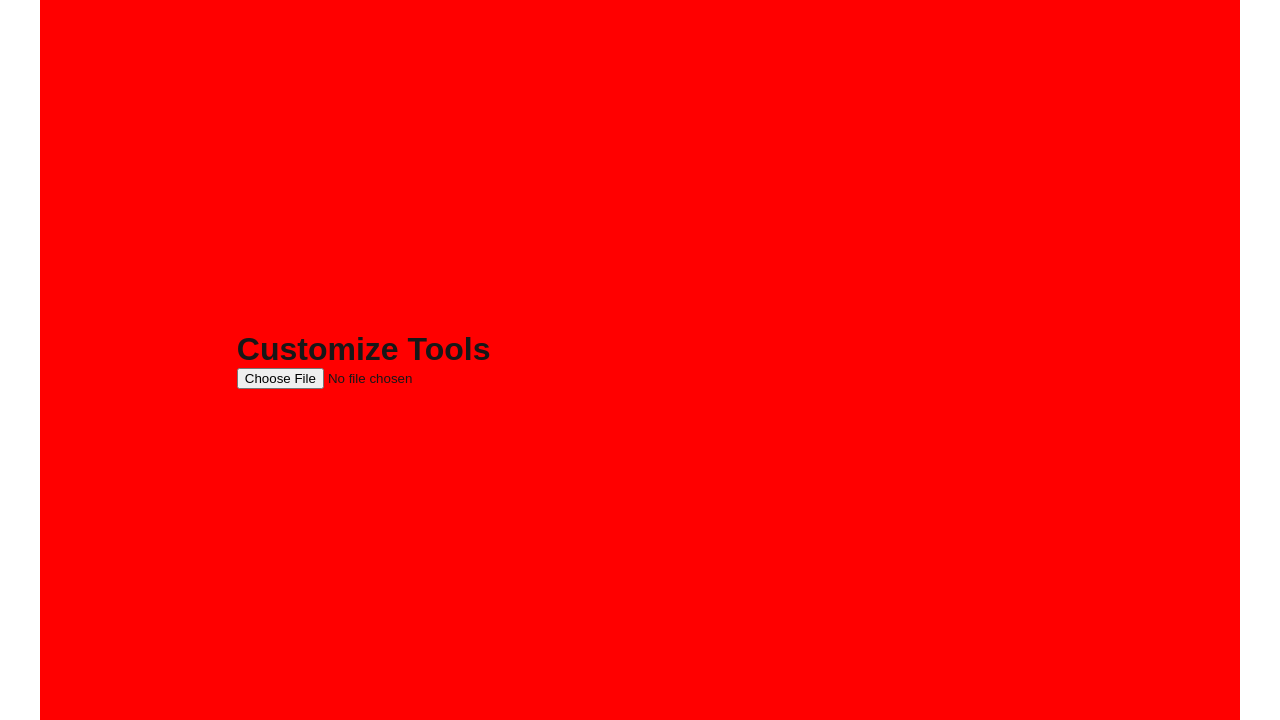
Repository: Sumaiya43/medna-tools
Page: /
The author's editor kept a copy of each file at every save. The page is drawn from the files as they stood at one save, then again after the next save.
The browser window is 1280 px wide. The pictures show the whole page.
The project was rebuilt for these pictures with package versions that can differ from the ones it lists, and the page was loaded fresh each time. The framework's server and built-in components were replaced by stand-ins that run in the browser. Also part of the build but not shown: next.config.mjs.

Above is the page before, as saved 2026-02-26 02:46:20.

### src/app/layout.js
import { Geist, Geist_Mono } from "next/font/google";
import "./globals.css";

const geistSans = Geist({
  variable: "--font-geist-sans",
  subsets: ["latin"],
});

const geistMono = Geist_Mono({
  variable: "--font-geist-mono",
  subsets: ["latin"],
});

export const metadata = {
  title: "Medna Medical Equipment",
  description:
    "Medna Medical Equipment is a leading provider of high-quality medical equipment and supplies. We offer a wide range of products to meet the needs of healthcare professionals and institutions. Our commitment to excellence and customer satisfaction sets us apart in the industry.",
};

export default function RootLayout({ children }) {
  return (
    <html lang="en">
      <body className={`${geistSans.variable} ${geistMono.variable}`}>
        {children}
      </body>
    </html>
  );
}

### src/app/page.js
"use client";
import Image from "next/image";
import styles from "./page.module.css";
import { useState } from "react";

export default function Home() {
  const [imageUrl, setImageUrl] = useState(null);

  const handleUpload = (e) => {
    const file = e.target.files?.[0];
    if (!file) return;

    const url = URL.createObjectURL(file);
    setImageUrl(url);
  };

  return (
    <div className={styles.page}>
      <main className={styles.main}>
        <h1>Customize Tools</h1>

        <input type="file" accept="image/*" onChange={handleUpload} />

        {imageUrl && (
          <div>
            <p>Image Loaded</p>
            <Image src={imageUrl} alt="Uploaded" width={300} height={300} />
          </div>
        )}
      </main>
    </div>
  );
}

### src/app/globals.css
:root {
  --background: #ffffff;
  --foreground: #171717;
}

@media (prefers-color-scheme: dark) {
  :root {
    --background: #f2efef;
    --foreground: #090808;
  }
}

html,
body {
  max-width: 100vw;
  overflow-x: hidden;
}

body {
  color: var(--foreground);
  background: var(--background);
  font-family: Arial, Helvetica, sans-serif;
  -webkit-font-smoothing: antialiased;
  -moz-osx-font-smoothing: grayscale;
}

* {
  box-sizing: border-box;
  padding: 0;
  margin: 0;
}

a {
  color: inherit;
  text-decoration: none;
}

@media (prefers-color-scheme: dark) {
  html {
    color-scheme: dark;
  }
}

### src/app/page.module.css
.page {
  max-width: 1200px;
  height: 100vh;
  margin: 0 auto;
  padding: 24px;
  font-family: Arial, sans-serif;
  background: red;
  display: flex;
  justify-content: center;
  align-items: center;
}

.main {
  width: 70%;
}

After the next save:
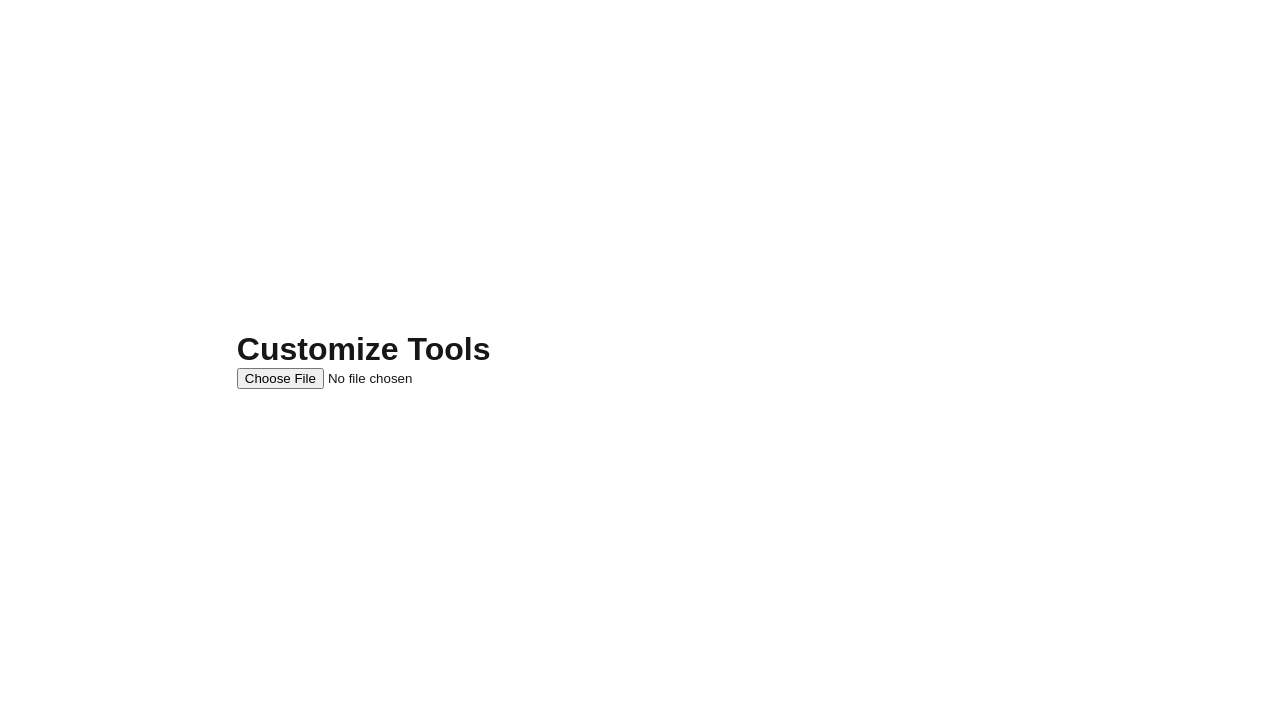
Saved 4 s later.
--- a/src/app/page.module.css
+++ b/src/app/page.module.css
@@ -4,7 +4,7 @@
   margin: 0 auto;
   padding: 24px;
   font-family: Arial, sans-serif;
-  background: red;
+
   display: flex;
   justify-content: center;
   align-items: center;
